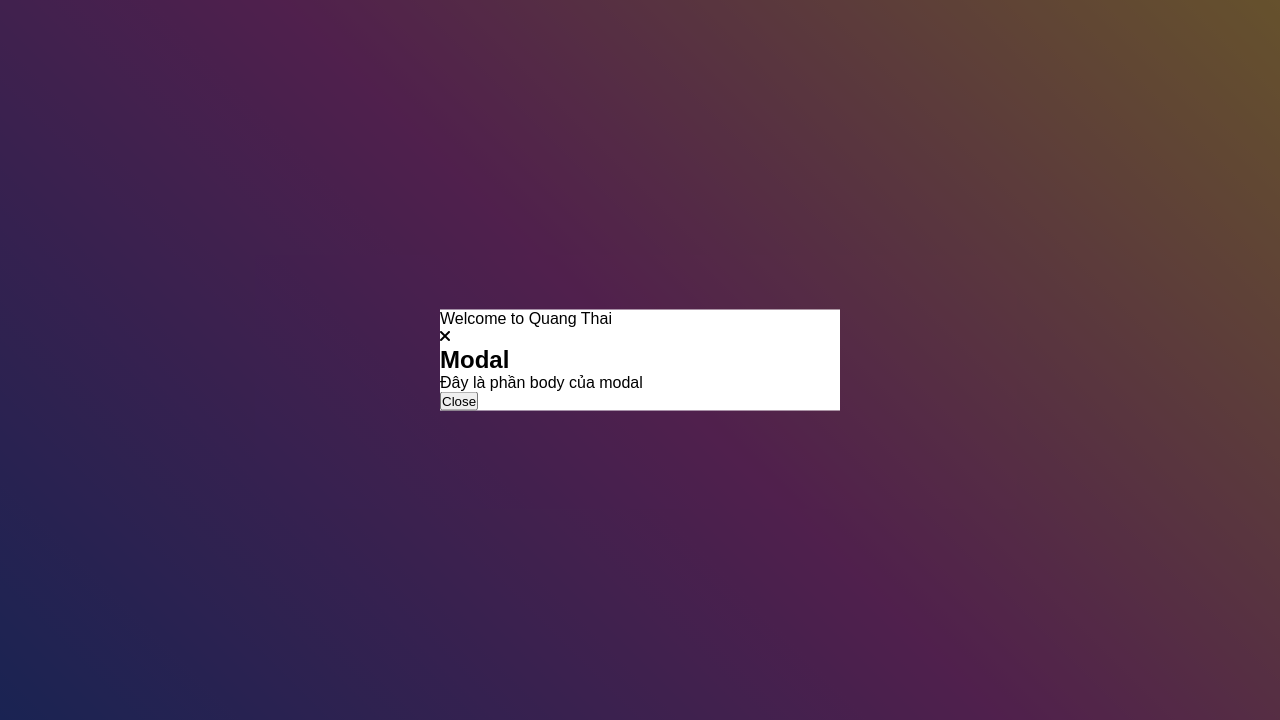
Repository: QUANGTHAI2003/modal
Page: index.html
An editor plug-in stored every save of this project. The page is shown before and after the next save, followed by the edit.
The browser window is 1280 px wide. The pictures show the whole page.

Above is the page before, as saved 2022-02-28 21:39:46.

After the next save:
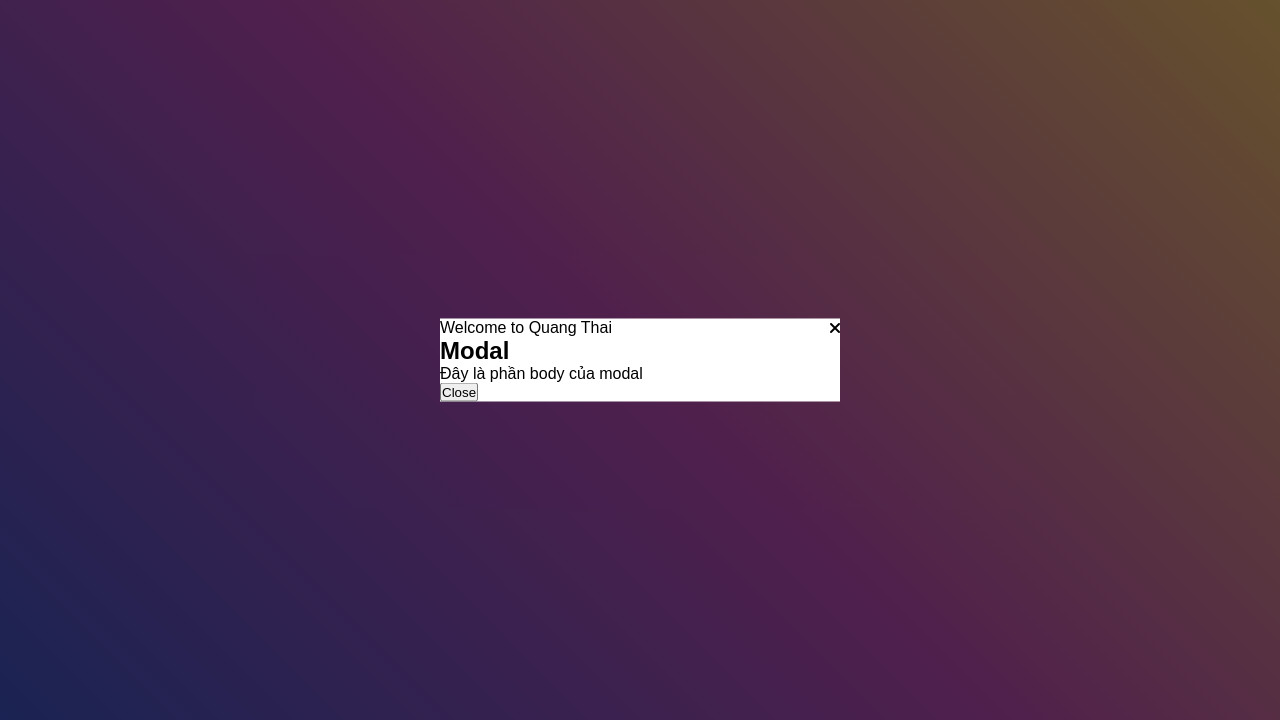
Saved 65 s later.
--- a/style.css
+++ b/style.css
@@ -45,3 +45,9 @@ body {
     margin: 0 auto;
     background: white;
 }
+
+.modal__header {
+    display: flex;
+    justify-content: space-between;
+    align-items: center;
+}
